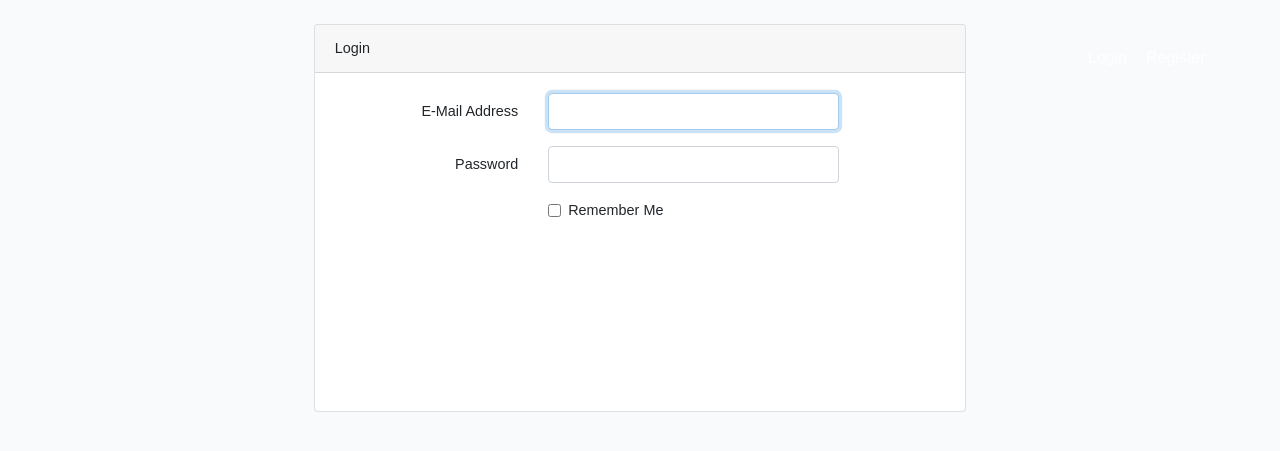
Repository: PatryxB/buildHouse
Page: http://localhost/login
These files come from the project's save history. The page is drawn as it stood at one moment and after the next save; the edit follows.
The browser window is 1280 px wide. The pictures show the whole page.
Some web fonts or font styles are not loaded; a fallback is used. The page is served by the project's Laravel application, run on PHP 8.4 with Laravel 8. Other server files are loaded and not shown. Style sheets and scripts are compiled from the project's sources, by tool versions that may differ from the author's.

Above is the page before, as saved 2020-05-13 10:27:21.

### resources/views/layouts/app.blade.php
<!doctype html>
<html lang="{{ str_replace('_', '-', app()->getLocale()) }}">
<head>
    <meta charset="utf-8">
    <meta name="viewport" content="width=device-width, initial-scale=1">

    <!-- CSRF Token -->
    <meta name="csrf-token" content="{{ csrf_token() }}">

    <title>{{ config('app.name', 'Laravel') }}</title>

    <!-- Scripts -->
    <script src="{{ asset('js/app.js') }}" defer></script>

    <!-- Fonts -->
    <link rel="dns-prefetch" href="//fonts.gstatic.com">
    <link href="https://fonts.googleapis.com/css?family=Nunito" rel="stylesheet">

    <!-- Styles -->
    <link href="{{ asset('css/app.css') }}" rel="stylesheet">
</head>
<body>
    <div id="app">
        <nav>
            @if (Route::has('login'))
                <div class="top-right links">
                    @auth
                        <a href="{{ url('/home') }}">Home</a>
                    @else
                        <a href="{{ route('login') }}">Login</a>

                        @if (Route::has('register'))
                            <a href="{{ route('register') }}">Register</a>
                        @endif
                    @endauth
                </div>
            @endif

        </nav>
        <main class="py-4">
            @yield('content')
        </main>
    </div>
</body>
</html>

### resources/sass/app.scss
// Fonts
@import url('https://fonts.googleapis.com/css?family=Nunito');
@import url('https://fonts.googleapis.com/css2?family=Varela+Round&display=swap');

// Variables
@import 'variables';

// Bootstrap
@import '~bootstrap/scss/bootstrap';

html, body{
    margin: 0;
    padding: 0;
    box-sizing: border-box;
    font-family: 'Varela Round', sans-serif;
}

.banner img{
    width: 100%;
    height: 75vh;
    background-repeat: no-repeat;
    position: relative;
}
nav{
    position: absolute;
    top: 8%;
    left: 89%;
    transform: translate(-50%, -50%);
}
nav a {
    color: white;
    font-size: 16px;
    margin-left: 15px;
}
.text-banner{
    color: white;
    position: absolute;
    top: 30%;
    left: 50%;
    transform: translate(-50%, -50%);
    text-align: center;
}
.btn{
    border: solid 2px white;
    background-color: transparent;
    color: white;
    margin-top: 100px;
    font-size: 18px;
    padding: 10px;
}
.btn:hover{
    background-color: white;
    color:rgba(92, 217, 255, 0.4);
}
.container{
    width: 80%;
    margin: 0 auto;
}
.info{
    float:left;
    margin-left: 100px;
    margin-top: 10vh;
}
.info-project{
    width: 99%;
    margin: 0 auto;
}
.project{
    width: 33%;
    height: 250px;
    position: relative;
    margin: 2px;
    float: left;
}
.project img{
    width: 100%;
    height: 100%;
    position: relative;
    filter: brightness(80%);
}
.project .dane{
    position: absolute;
    bottom: 10px;
    left: 10px;
    color: white;
}
.p1{
    font-size: 15px;
}
.p2{
    font-size: 10px;
}
.p3{
    font-size: 12px;
}
.project .dane p {
    margin-block-end: 0;
}
footer{
    width: 100%;
    height: 90vh;
    margin-top: 100px;
    padding-bottom: 0 !important;
    background-color: rgb(214, 214, 214);
}

Loaded but not shown: routes/web.php (common file); app/Http/Controllers/Auth/LoginController.php (common file); app/Http/Controllers/Controller.php (common file); app/Http/Controllers/Auth/ConfirmPasswordController.php (common file); resources/views/auth/login.blade.php (common file); resources/sass/_variables.scss (common file)

After the next save:
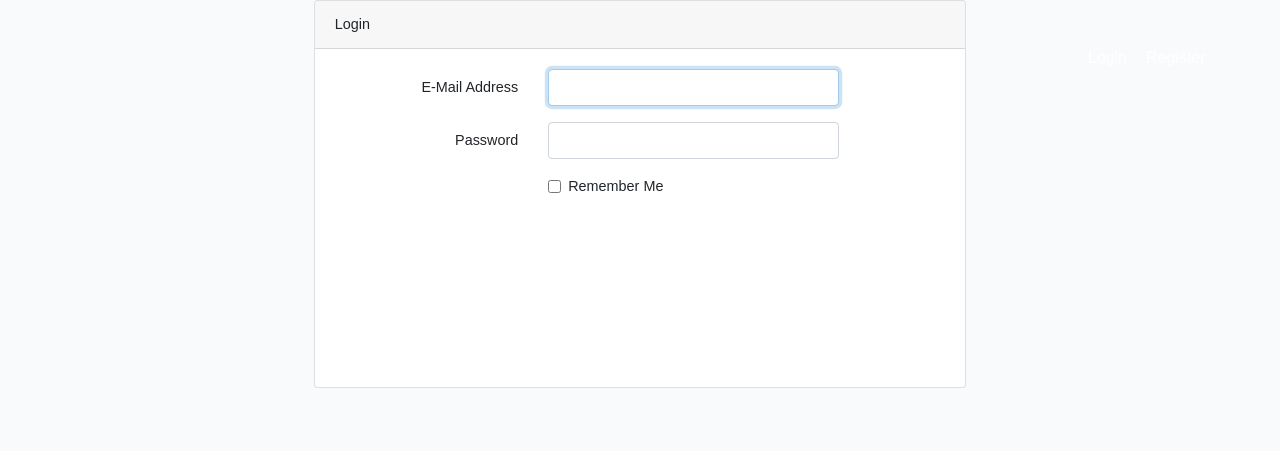
Saved 66 s later.
--- a/resources/sass/app.scss
+++ b/resources/sass/app.scss
@@ -103,3 +103,7 @@ footer{
     padding-bottom: 0 !important;
     background-color: rgb(214, 214, 214);
 }
+.pb-4, .py-4{
+    padding-top: 0 !important;
+    padding-bottom: 0 !important;
+}
